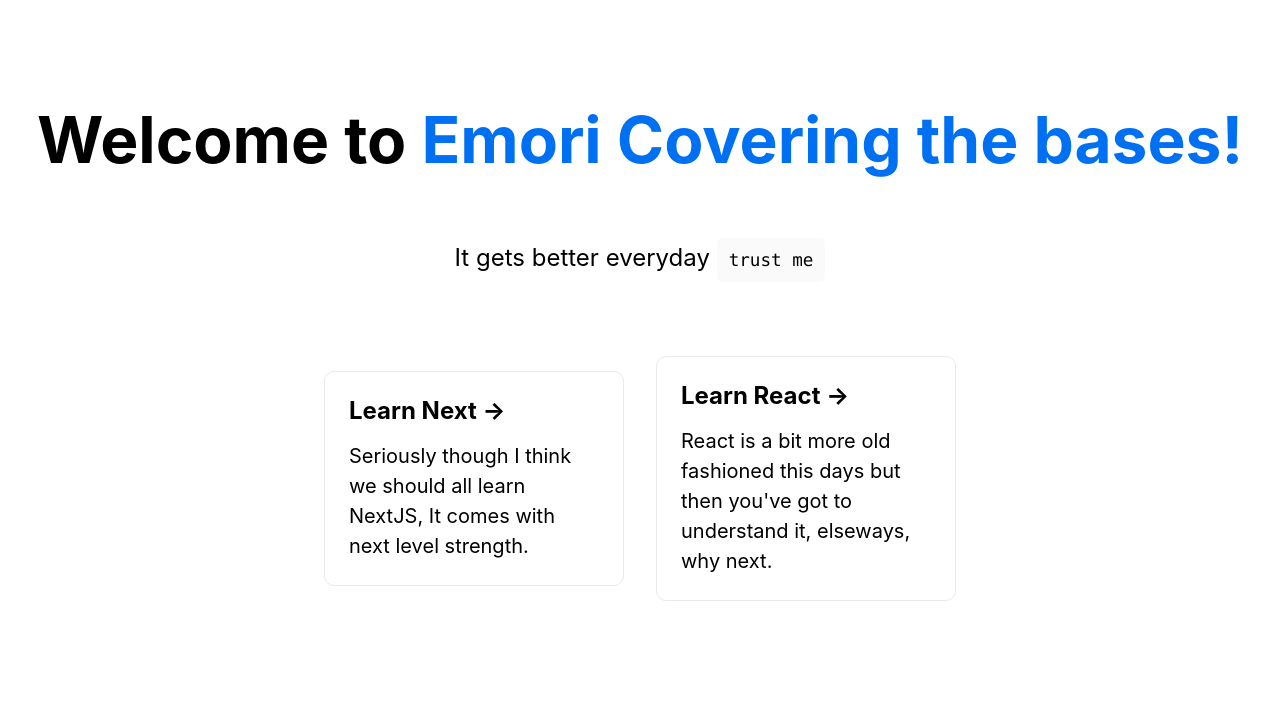
Repository: emorilebo/next-linkedin-training
Page: /
These files come from the project's save history. The page is drawn as it stood at one moment and after a run of saves; the edit follows.
The browser window is 1280 px wide. The pictures show the whole page.
The project was rebuilt for these pictures with package versions that can differ from the ones it lists, and the page was loaded fresh each time. The framework's server and built-in components were replaced by stand-ins that run in the browser. Also part of the build but not shown: next.config.js.

Above is the page before, as saved 2022-12-26 05:00:03.

### pages/index.js
import Head from "next/head";
import Image from "next/image";
import Link from "next/link";
import styles from "../styles/Home.module.css";

export default function Home() {
  return (
    <div className={styles.container}>
      <Head>
        <title>Emori Learning Next From LinkedIn</title>
        <meta
          name="description"
          content="I know I know, but we need to cover the bases as much as possible. #emoricoin"
        />
        <link rel="icon" href="/favicon.ico" />
      </Head>

      <main className={styles.main}>
        <h1 className={styles.title}>
          Welcome to <a href="https://nextjs.org">Emori Covering the bases!</a>
        </h1>

        <p className={styles.description}>
          It gets better everyday <code className={styles.code}>trust me</code>
        </p>

        <div className={styles.grid}>
          <Link href="/learn/next" className={styles.card}>
            <h2>Learn Next &rarr;</h2>
            <p>
              Seriously though I think we should all learn NextJS, It comes with
              next level strength.
            </p>
          </Link>

          <Link href="/learn/react" className={styles.card}>
            <h2>Learn React &rarr;</h2>
            <p>
              React is a bit more old fashioned this days but then you've got to
              understand it, elseways, why next.
            </p>
          </Link>
        </div>
      </main>
    </div>
  );
}

Loaded but not shown: pages/_app.js (common file); styles/globals.css (common file); styles/Home.module.css (common file)

After the next 2 saves:
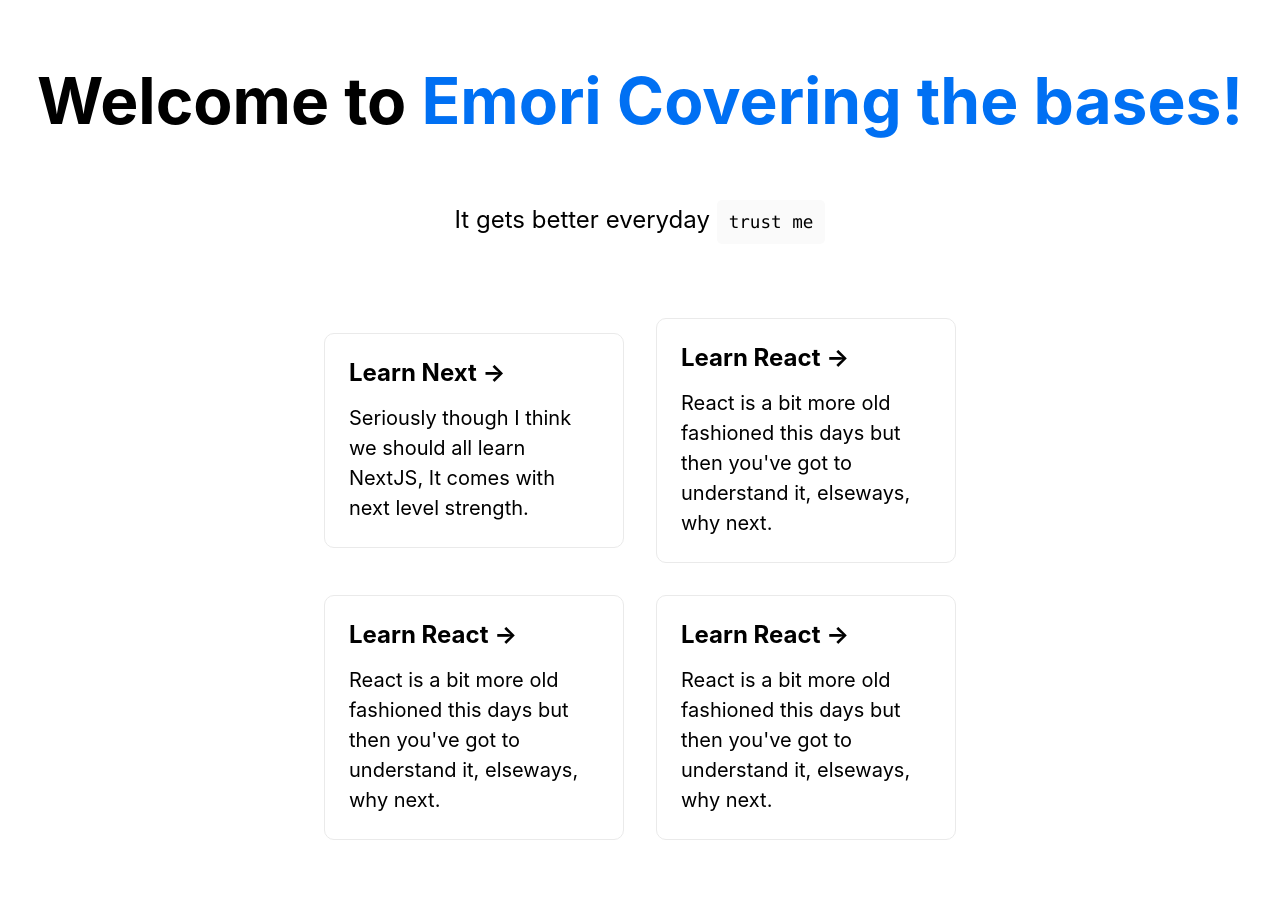
The 2 saves are shown as one change because they came seconds apart.
The last was saved 80 s later.
--- a/pages/index.js
+++ b/pages/index.js
@@ -40,6 +40,20 @@
               understand it, elseways, why next.
             </p>
           </Link>
+          <Link href="/learn/react" className={styles.card}>
+            <h2>Learn React &rarr;</h2>
+            <p>
+              React is a bit more old fashioned this days but then you've got to
+              understand it, elseways, why next.
+            </p>
+          </Link>
+          <Link href="/learn/react" className={styles.card}>
+            <h2>Learn React &rarr;</h2>
+            <p>
+              React is a bit more old fashioned this days but then you've got to
+              understand it, elseways, why next.
+            </p>
+          </Link>
         </div>
       </main>
     </div>
